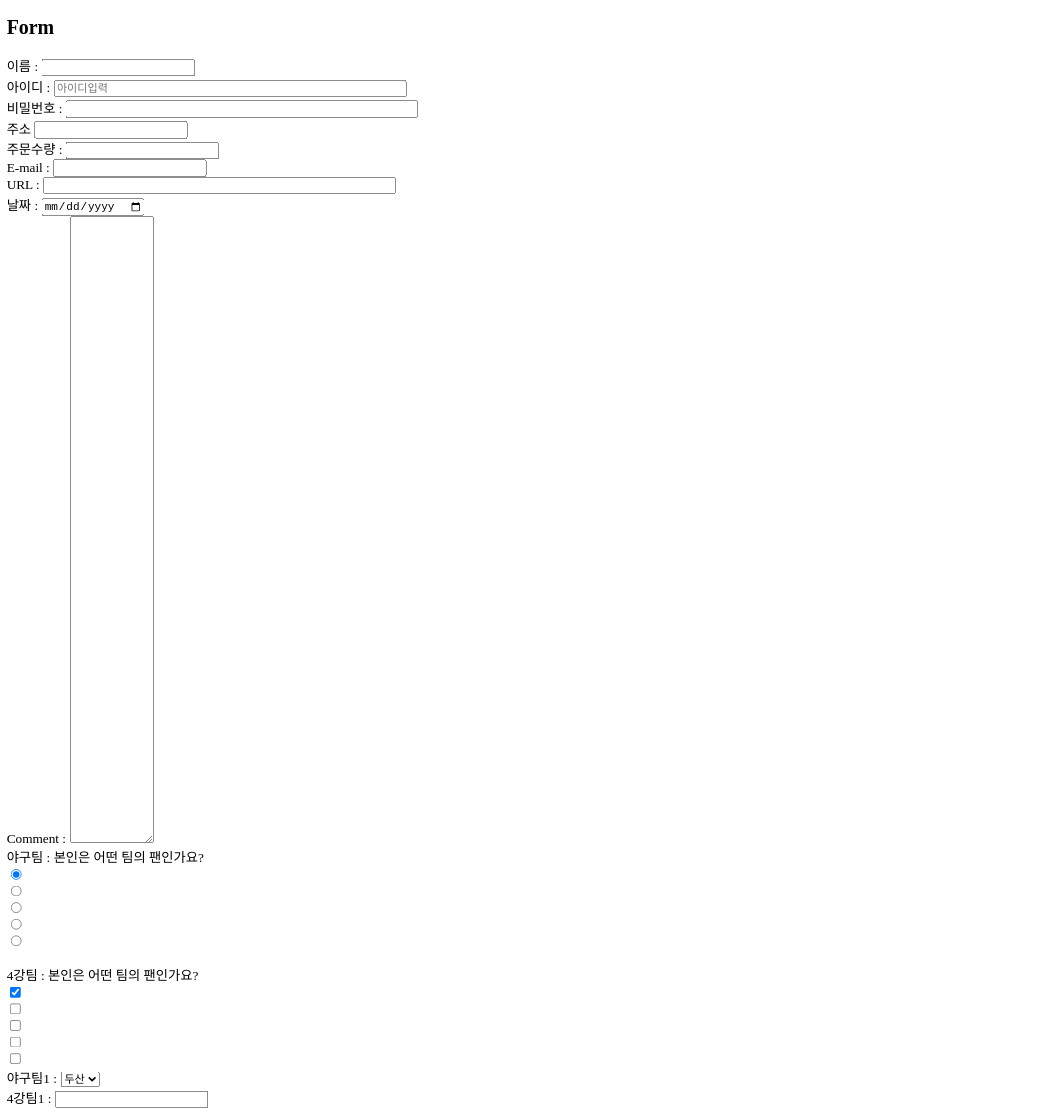
Repository: star-min/jsp_basic
Page: jsp1/web01/src/main/webapp/form.html
These files come from the project's save history. The page is drawn as it stood at one moment and after the next save; the edit follows.
The browser window is 1280 px wide. The pictures show the whole page, at 83% of full size.

Above is the page before, as saved 2022-04-22 05:53:38.

### jsp1/web01/src/main/webapp/form.html
<!DOCTYPE html>
<html>
<head>
<meta charset="UTF-8">
<title>From</title>
<style>

</style>
</head>
<body>
	<header>
		<h2>Form</h2>
	</header>
	<tbody>
		<div>
			<tr>
				<th><label for="mname">이름 : </label></th>
				<td>
					<input type="text" id="mname" name="mname" class="name">
					</br>
				</td>
			</tr>
			<tr>
				<th><label for="id">아이디 : </label></th>
				<td>
					<input type="text" id="id" name="id" class="indata" size="50" placeholder="아이디입력" required>
					</br>
				</td>
			</tr>
			<tr>
				<th><label for="upw">비밀번호 : </label></th>
				<td>
					<input type="password"  id="upw" name="upw" class="pw" size="50">
					</br>
				</td>
			</tr>
			<tr>
				<th><label for="addrss">주소</label></th>
				<td>
					<input type="text" >
					</br>
				</td>
			</tr>
			<tr>
				<th><label for="number">주문수량 : </label></th>
				<td>
					<input type="number" name="qty" id="qty" size="50">
					</br>
				</td>
			</tr>
			<tr>
				<th><label for="text">E-mail : </label></th>
				<td>
					<input type="text">
					</br>
				</td>
			</tr>
			<tr>
				<th><label for="url">URL : </label></th>
				<td>
					<input type="url" name="url" id="url" size="50">
					</br>
				</td>
			</tr>
			<tr>
				<th><label for="date">날짜 : </label></th>
				<td>
					<input type="date" name="date" id="date">
					</br>
				</td>
			</tr>
			<tr>
				<th><label for="comment">Comment : </label></th>
				<td>
					<textarea name="comment" rows="50" cols="10" name="comment" id="comment"></textarea>
					</br>
				</td>
			</tr>
			<tr>
				<th><label for="baseball">야구팀 : </label></th>
				<td>
					<span id="baseball">본인은 어떤 팀의 팬인가요?</span><br>
					<input type="radio" name="baseball" id="baseball1" value="두산" checked><br>
					<input type="radio" name="baseball" id="baseball2" value="삼성"><br>
					<input type="radio" name="baseball" id="baseball3" value="한화"><br>
					<input type="radio" name="baseball" id="baseball4" value="KIA"><br>
					<input type="radio" name="baseball" id="baseball5" value="NC"><br>
					</br>
				</td>
			</tr>
			<tr>
				<th><label for="favorite">4강팀 : </label></th>
				<td>
					<span id="favorite">본인은 어떤 팀의 팬인가요?</span><br>
					<input type="checkbox" name="favorite" id="favorite1" value="두산" checked><br>
					<input type="checkbox" name="favorite" id="favorite2" value="삼성"><br>
					<input type="checkbox" name="favorite" id="favorite3" value="한화"><br>
					<input type="checkbox" name="favorite" id="favorite4" value="KIA"><br>
					<input type="checkbox" name="favorite" id="favorite5" value="NC"><br>
				</td>
			</tr>
			<tr>
				<th><label for="">야구팀1 : </label></th>
				<td>
					<select name="base">
					<option value="두산">두산</option>
					<option value="삼성">삼성</option>
					<option value="한화">한화</option>
					</select>
					</br>
				</td>
			</tr>
			<tr>
				<th><label for="">4강팀1 : </label></th>
				<td>
					<input type="">
					</br>
				</td>
			</tr>
		</div>
	</tbody>
</body>
</html>

After the next save:
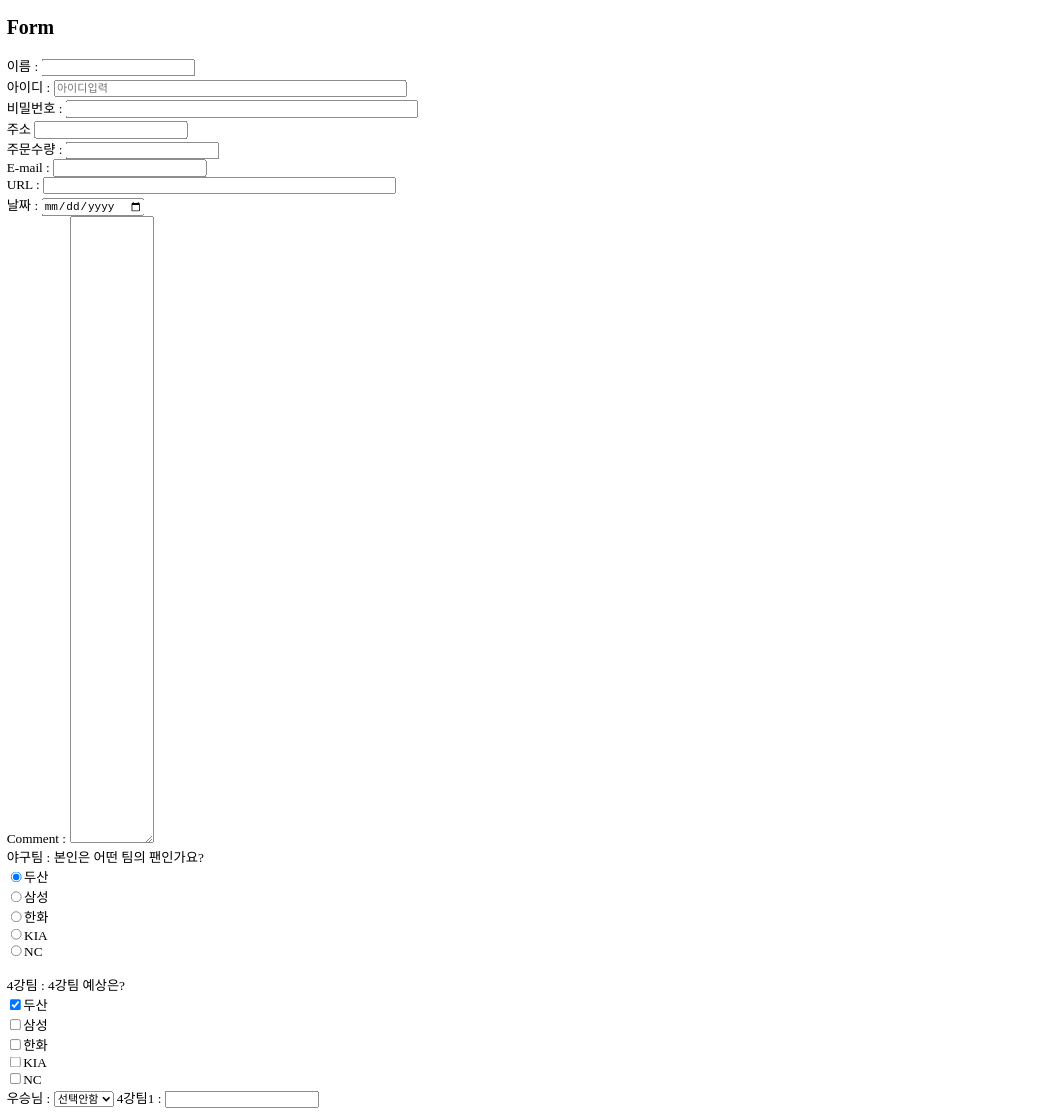
Saved 4 min 30 s later.
--- a/jsp1/web01/src/main/webapp/form.html
+++ b/jsp1/web01/src/main/webapp/form.html
@@ -80,34 +80,36 @@
 				<th><label for="baseball">야구팀 : </label></th>
 				<td>
 					<span id="baseball">본인은 어떤 팀의 팬인가요?</span><br>
-					<input type="radio" name="baseball" id="baseball1" value="두산" checked><br>
-					<input type="radio" name="baseball" id="baseball2" value="삼성"><br>
-					<input type="radio" name="baseball" id="baseball3" value="한화"><br>
-					<input type="radio" name="baseball" id="baseball4" value="KIA"><br>
-					<input type="radio" name="baseball" id="baseball5" value="NC"><br>
+					<input type="radio" name="baseball" id="baseball1" value="두산" checked>두산<br>
+					<input type="radio" name="baseball" id="baseball2" value="삼성">삼성<br>
+					<input type="radio" name="baseball" id="baseball3" value="한화">한화<br>
+					<input type="radio" name="baseball" id="baseball4" value="KIA">KIA<br>
+					<input type="radio" name="baseball" id="baseball5" value="NC">NC<br>
 					</br>
 				</td>
 			</tr>
 			<tr>
 				<th><label for="favorite">4강팀 : </label></th>
 				<td>
-					<span id="favorite">본인은 어떤 팀의 팬인가요?</span><br>
-					<input type="checkbox" name="favorite" id="favorite1" value="두산" checked><br>
-					<input type="checkbox" name="favorite" id="favorite2" value="삼성"><br>
-					<input type="checkbox" name="favorite" id="favorite3" value="한화"><br>
-					<input type="checkbox" name="favorite" id="favorite4" value="KIA"><br>
-					<input type="checkbox" name="favorite" id="favorite5" value="NC"><br>
+					<span id="favorite">4강팀 예상은?</span><br>
+					<input type="checkbox" name="favorite" id="favorite1" value="두산" checked>두산<br>
+					<input type="checkbox" name="favorite" id="favorite2" value="삼성">삼성<br>
+					<input type="checkbox" name="favorite" id="favorite3" value="한화">한화<br>
+					<input type="checkbox" name="favorite" id="favorite4" value="KIA">KIA<br>
+					<input type="checkbox" name="favorite" id="favorite5" value="NC">NC<br>
 				</td>
 			</tr>
 			<tr>
-				<th><label for="">야구팀1 : </label></th>
+				<th><label for="victory">우승님 : </label></th>
 				<td>
-					<select name="base">
-					<option value="두산">두산</option>
-					<option value="삼성">삼성</option>
-					<option value="한화">한화</option>
+					<select name="victory" id="victory">
+						<option value="">선택안함</option>
+						<option value="두산">두산</option>
+						<option value="삼성">삼성</option>
+						<option value="한화">한화</option>
+						<option value="KIA">KIA</option>
+						<option value="NC">NC</option>
 					</select>
-					</br>
 				</td>
 			</tr>
 			<tr>
